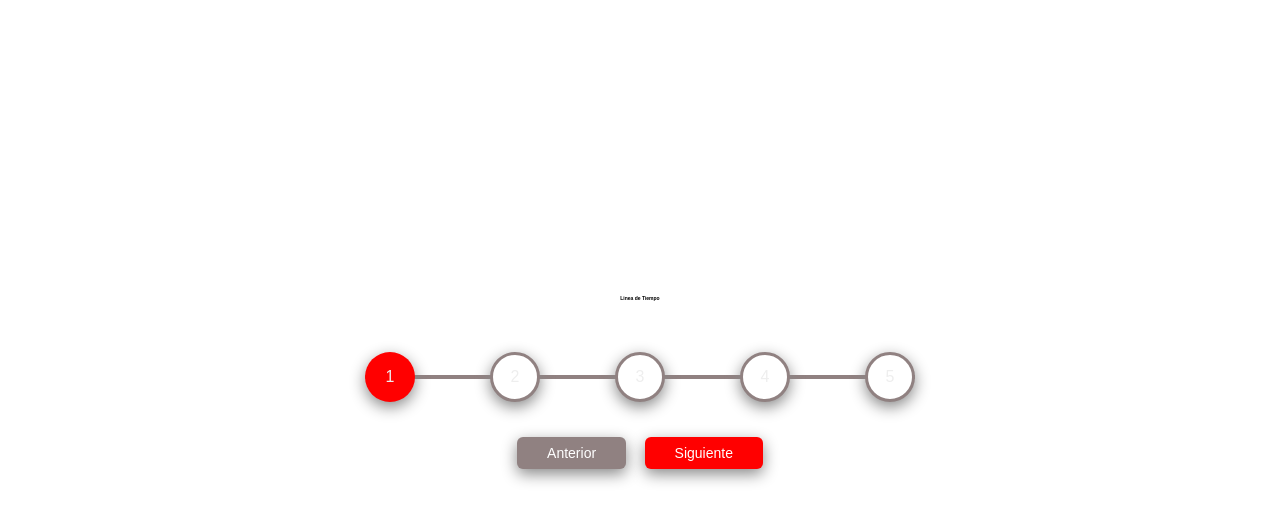
Repository: ElideZavala/Linea-de-tiempo
Page: index.html
These files come from the project's save history. The page is drawn as it stood at one moment and after the next save; the edit follows.
The browser window is 1280 px wide. The pictures show the whole page.
Some web fonts or font styles are not loaded; a fallback is used.

Above is the page before, as saved 2021-05-28 10:12:49.

After the next save:
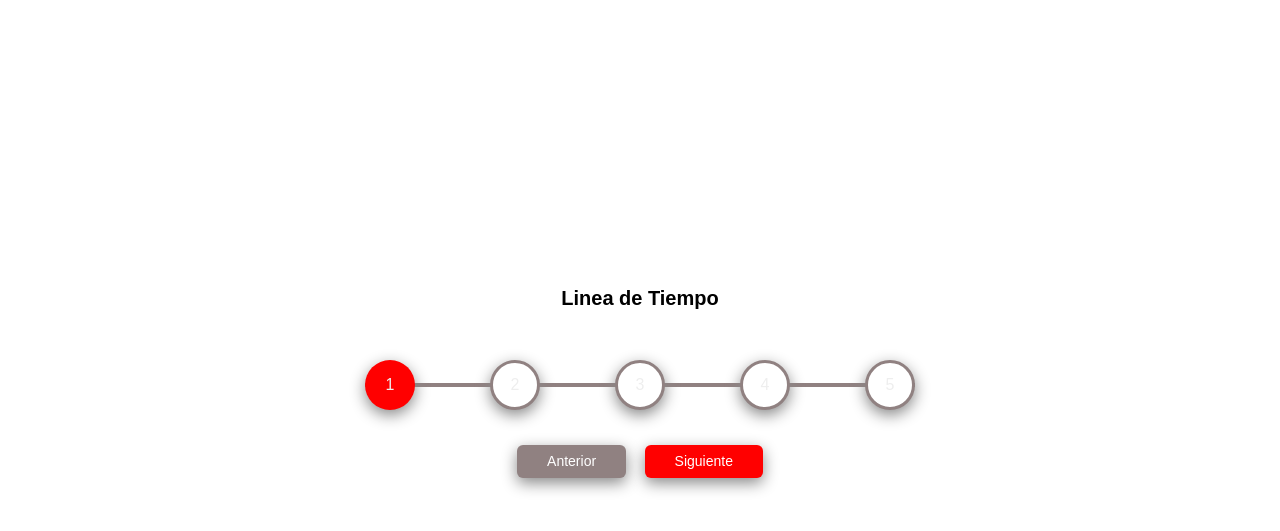
Saved 5 s later.
--- a/style.css
+++ b/style.css
@@ -24,7 +24,7 @@ body {
 
 h2 {
 	margin: 50px;
-	font-size: 5px;
+	font-size: 20px;
 }
 
 .container {
